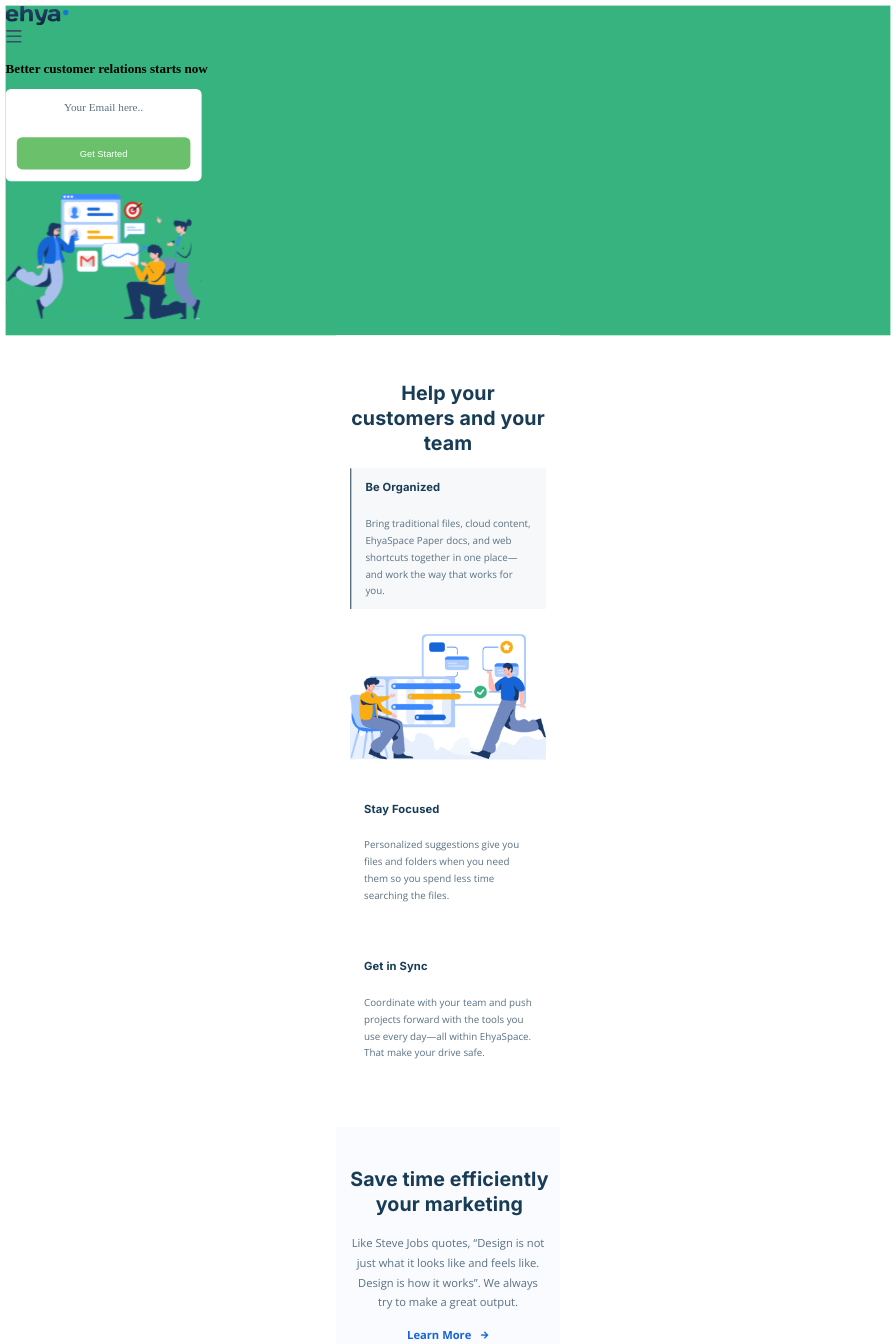
Repository: umlaufissss/provaFront
Page: HTML/index.html
The author's editor kept a copy of each file at every save. The page is drawn from the files as they stood at one save, then again after the next save.
The browser window is 1280 px wide. The pictures show the part of the page from y = 0 to 1920 px (the page is 3534 px tall before and 3577 px after), at 70% of full size.
Some web fonts or font styles are not loaded; a fallback is used.

Above is the page before, as saved 2026-06-22 19:16:46.

### HTML/index.html
<!DOCTYPE html>
<html lang="pt-br">
<head>
    <meta charset="UTF-8">
    <meta name="viewport" content="width=device-width, initial-scale=1.0">
    <link rel="stylesheet" href="../CSS/style.css">
    <link href="https://fonts.googleapis.com/css2?family=Inter:ital,opsz,wght@0,14..32,100..900;1,14..32,100..900&family=Montserrat:ital,wght@0,100..900;1,100..900&family=Paytone+One&display=swap" rel="stylesheet">
    <link href="https://fonts.googleapis.com/css2?family=Inter:ital,opsz,wght@0,14..32,100..900;1,14..32,100..900&family=Montserrat:ital,wght@0,100..900;1,100..900&family=Open+Sans:ital,wght@0,300..800;1,300..800&family=Paytone+One&display=swap" rel="stylesheet">

    <title>Prova de Recuperação Front End</title>
</head>
<body>

    <header class="mainGrid">
        <section class="generalCard">

            <section class="topCima">

                <!-- logo -->
                <div class="sonnImg">
                    <img src="/assets/icons/Logo.svg" alt="logo">
                </div>

                <div class="menu">
                    <img src="/assets/icons/ic_Menu (1).svg" alt="menu">
                </div>

            </section>

            <section class="meio">
                <div class="phrase">
                        <h1>Better customer relations starts now<h1>
                </div>

                <div class="card">

                    <p>Your Email here..<p>

                    <button type="button" class="button-submit">Get Started</button>

                </div>

                <div class="imagemTop">
                    <img src="/assets/img/Customer Development.svg" alt="imagemInicio">
                </div>

            </section>




        </section>
    </header>


    <main class="masterBoard">

        <section class="hero" id="teamSuggestions">

            <!-- Aqui a linha não é quebrada como proposto no Figma,
             mas seus valores de width e height são idênticos no CSS
             VEJA: "#teamSuggestions h2" em style.css-->
            <h2>Help your customers and your team</h2>

            <article class="cardSuggestions" id="beOrganized">
                <h3>
                    Be Organized
                </h3>
                <p>
                    Bring traditional files, cloud content,
                    EhyaSpace Paper docs, and web
                    shortcuts together in one
                    place—and work the way that works
                    for you.
                </p>
            </article>

            <img src="../assets/img/Organize Operations.png" alt="Organize Operations with Your Team">

            <article class="cardSuggestions">
                <h3>
                    Stay Focused
                </h3>
                <p>
                    Personalized suggestions give you
                    files and folders when you need
                    them so you spend less time
                    searching the files.
                </p>
            </article>

            <article class="cardSuggestions">
                <h3>Get in Sync</h3>
                <p>
                    Coordinate with your team and push
                    projects forward with the tools you
                    use every day—all within EhyaSpace.
                    That make your drive safe.
                </p>
            </article>
        </section>

    </main>

        <section class="second" id="saveTime">

            <h2>Save time efficiently your marketing</h2>

            <p>Like Steve Jobs quotes, “Design is not
                just what it looks like and feels like.
                Design is how it works”. We always
                try to make a great output.
            </p>

            <a class="btnLearn">
                <button type="button" aria-label="Click here to learn more">
                    Learn More <img src="../assets/icons/arrow.png">
                </button>
            </a>

            <img class="woman" src="../assets/img/Woman Falling.png" alt="Woman learning marketing">

            <img class="line" id="dotted" src="../assets/img/Line.png">

            <article class="quoteAndries">

                <!-- Aqui a linha não é quebrada como proposto no Figma,
                 mas seus valores de width e height são idênticos no CSS
                 VEJA: "#saveTime .quoteAndries p" em style.css-->
                <p>
                    “In-context messaging lets us form 1:1
                    connections  with our users
                    more efficient.
                </p>

                <h3>Andries Grootoonk</h3>
                <h4>VP Quality Assurance</h4>

                <img src="../assets/img/LogoUnionBank.png" alt="Logo of Union Bank">
            </article>
        </section>

        <section class="third" id=""></section>

        <footer class="baseboard">
            <section class="principalBaseboard">
                <div class="cardFooter">
                    <h4>Product</h4>
                    <ul>
                        <li><a href="/">Landingpage</a></li>
                        <li><a href="/">Features</a></li>
                        <li><a href="/">Documentation</a></li>
                        <li><a href="/">Referral Program</a></li>
                        <li><a href="/">Pricing</a></li>
                    </ul>
                </div>

                <div class="cardFooter">
                    <h4>Services</h4>
                    <ul>
                        <li><a href="/">Documentation</a></li>
                        <li><a href="/">Design</a></li>
                        <li><a href="/">Themes</a></li>
                        <li><a href="/">Illustrations</a></li>
                        <li><a href="/">UI Kit</a></li>
                    </ul>
                </div>

                <div class="cardFooter">
                    <h4>Company</h4>
                    <ul>
                        <li><a href="/">About</a></li>
                        <li><a href="/">Terms</a></li>
                        <li><a href="/">Privacy Policy</a></li>
                        <li><a href="/">Careers</a></li>
                    </ul>
                </div>

                <div class="cardFooter">
                    <h4>More</h4>
                    <ul>
                        <li><a href="/">Documentation</a></li>
                        <li><a href="/">License</a></li>
                        <li><a href="/">Changelog</a></li>
                    </ul>
                </div>
            </section>

            <section class="bottomBaseboard">

                <div class="mainIcon">
                    <img src="/assets/icons/Logo.svg" alt="Logo 'ehya' do site">
                </div>

                <p>Build a modern and creative website with crealand</p>

                <div class="networkIcons">
                    <article class="icon">
                        <a href="/"><button><img src="/assets/icons/IconG.svg" alt="Ir para página Google"></button></a>
                    </article>

                    <article class="icon">
                        <a href="/"><button><img src="/assets/icons/IconT.svg" alt="Ir para nosso perfil do Twitter"></button></a>
                    </article>

                    <article class="icon">
                        <a href="/"><button><img src="/assets/icons/IconI.svg" alt="Ir para nosso perfil do Instagram"></button></a>
                    </article>

                    <article class="icon">
                        <a href="/"><button><img src="/assets/icons/IconL.svg" alt="Ir para nosso perfil do Linkedin"></button></a>
                    </article>

                    </div>
                </section>
        </footer>
</body>
</html>

### CSS/style.css
:root
{
    --color-white: #FFF;
    --color-vibrant-green: #36B37E;
    --color-bright-gray: #F9FBFE;
    --color-brigther-gray: #F9FBFE;
    --color-navy-blue: #183B56;
    --color-vibrant-dark-blue: #1565D8;
    --color-steel-blue: #5A7184;
    --color-gray: #B3BAC5;
    --color-dotted-line: #9DAAB6;

    /*Opacidade*/
    --color-steel-blue-opacity10: rgba(179, 186, 197, 0.1);
}

*
{
    box-sizing: border-box;
}

.mainGrid{
    margin:0px;
    background-color:#36B37E ;

}

.soonImg img{
  display: flex;
  justify-content: space-between;
  align-items: center;
  margin:0px;
}

.topCima{

}

.phrase p{
    font-family: "Inter" , sans-serif;
    font-weight: 300 ;

    font-family: Inter;
    font-weight: 700;
    font-size: 32px;
    text-align: center;

}

.card{
    display: grid;
    text-align: center;
    background-color: white;
    color: #5A7184;

    width: 280px;
    height: 132px;
    top: 206px;
    left: 20px;


    border-radius: 8px;
    justify-content: center;
    align-items: center;
}


.card button{
    background-color: rgb(107, 192, 107);
    color: white;

    height: 46px;
    width: 248px;
    border: 0px;
    border-radius: 8px;

    top: 276px;
    left: 36px;


}

.imagemTop img{
    width: 280px;
    height: 180px;

    margin: 18px 0 18px;

}




.masterBoard
{
    padding: 0 20px;
    background-color: var(--color-white);

    width: 320px;
    justify-self: center;
}

#teamSuggestions
{
    display: flex;
    flex-direction: column;
    justify-self: center;

    padding: 64px 0 56px;
}
#teamSuggestions h2
{
    font-family: "Inter", sans-serif;
    font-weight: 700;
    font-size: 28px;
    line-height: 36px;
    letter-spacing: 0.2px;
    text-align: center;

    color: var(--color-navy-blue);

    margin: 0;

    width: 280px;
    height: 108px;
}

#teamSuggestions .cardSuggestions
{
    width: 280px;
    height: 201px;
    display: flex;
    flex-direction: column;
    justify-content: center;

    margin: 12px 0;
}

#teamSuggestions .cardSuggestions h3
{
    font-family: "Inter",sans-serif;
    font-weight: 700;
    font-size: 16px;
    line-height: 20px;
    letter-spacing: 0.2px;

    color: var(--color-navy-blue);

    margin-left: 20px;
}

#teamSuggestions .cardSuggestions p
{
    font-family: Open Sans;
    font-weight: 400;
    font-size: 14px;
    line-height: 24px;
    letter-spacing: 0px;

    color: var(--color-steel-blue);
    margin-left: 20px;

    width: 240px;
}

#teamSuggestions img
{
    width: 280px;
    height: 180px;

    margin: 18px 0 18px;
}

#teamSuggestions #beOrganized
{

    background-color: var(--color-steel-blue-opacity10);
    border-left: 2px solid var(--color-steel-blue);

    margin: 18px 0;
}

#saveTime
{
    padding: 56px 20px 58px;
    background-color: var(--color-brigther-gray);

    width: 320px;
    display: flex;
    flex-direction: column;
    justify-self: center;
    text-align: center;
}

#saveTime h2
{
    font-family: "Inter", sans-serif;
    font-weight: 700;
    font-size: 28px;
    line-height: 36px;
    letter-spacing: 0.2px;
    text-align: center;

    color: var(--color-navy-blue);

    width: 284px;
    height: 72px;

    margin: 0;
}

#saveTime p
{
    font-family: "Open Sans", sans-serif;
    font-weight: 400;
    font-size: 16px;
    line-height: 28px;
    letter-spacing: 0px;
    text-align: center;

    color: var(--color-steel-blue);

    width: 280px;
    height: 112px;

    margin: 24px 0;
}

#saveTime .btnLearn
{
    display: flex;

    justify-content: center;
    margin-bottom: 34px;

}

#saveTime .btnLearn button
{
    font-family: "Open Sans", sans-serif;
    font-weight: 700;
    font-size: 16px;
    line-height: 100%;
    letter-spacing: 0px;

    background-color: transparent;
    border: none;
    color: var(--color-vibrant-dark-blue);
}

#saveTime .btnLearn button img
{
    margin-left: 10px;
}

#saveTime .woman
{
    width: 280px;
    height: 192px;
}

#saveTime #dotted.line
{
    margin: 40px 0 37px;
}

#saveTime .quoteAndries p
{
    font-family: "Open Sans", sans-serif;
    font-weight: 400;
    font-size: 14px;
    line-height: 24px;
    letter-spacing: 0px;
    text-align: center;

    width: 280px;
    height: 72px;

    margin: 0;

    color: var(--color-steel-blue);
}

#saveTime .quoteAndries h3
{
    font-family: "Open Sans", sans-serif;
    font-weight: 600;
    font-size: 16px;
    line-height: 100%;
    letter-spacing: 0px;

    color: var(--color-navy-blue);

    margin: 20px 0 7px;
}

#saveTime .quoteAndries h4
{
    font-family: Open Sans;
    font-weight: 400;
    font-size: 14px;
    line-height: 20px;
    letter-spacing: 0px;
    text-align: center;

    color: var(--color-steel-blue);

    margin: 0 0 20px;
}

#saveTime .quoteAndries img
{
    width: 102.85px;
    height: 34.1px;
}

.cardFooter ul li {
    list-style-type: none;
    margin: 15px;

}
.cardFooter a{
    font-family: "Open Sans", sans-serif;
    font-size: 14px;
    color: var(--color-navy-blue);
    text-decoration: none;
}

After the next save:
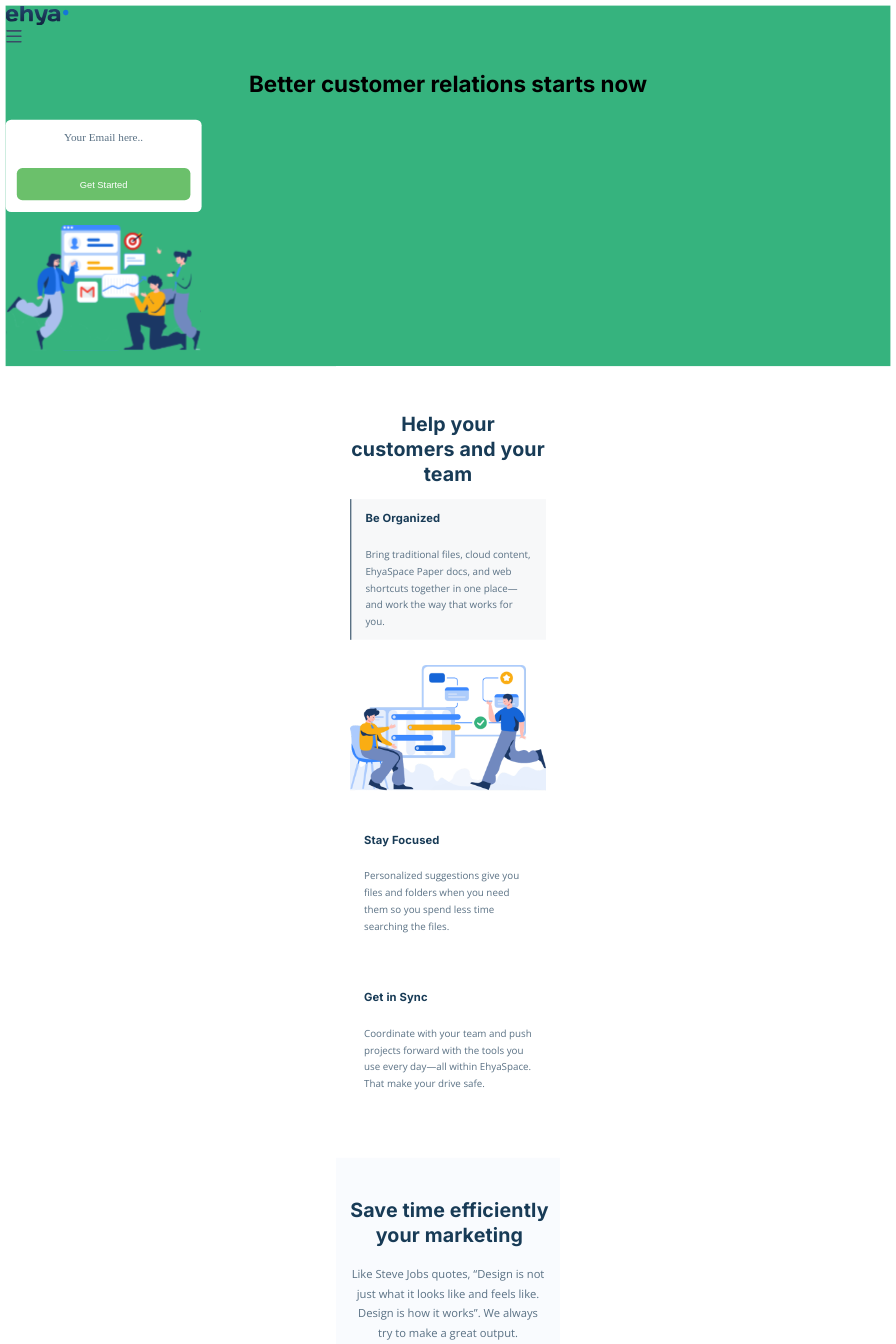
Saved 2 s later.
--- a/CSS/style.css
+++ b/CSS/style.css
@@ -36,7 +36,7 @@
 
 }
 
-.phrase p{
+.phrase h1{
     font-family: "Inter" , sans-serif;
     font-weight: 300 ;
 
